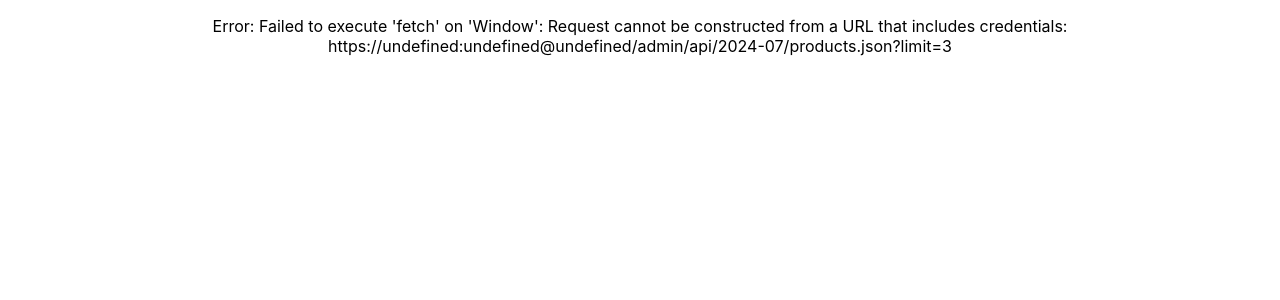
Repository: mitesh-avid-brio/Shopify-React-App
Page: /
The author's editor kept a copy of each file at every save. The page is drawn from the files as they stood at one save, then again after the next save.
The browser window is 1280 px wide. The pictures show the whole page.
The project was rebuilt for these pictures with package versions that can differ from the ones it lists, and the page was loaded fresh each time.

Above is the page before, as saved 2024-08-12 10:48:50.

After the next save:
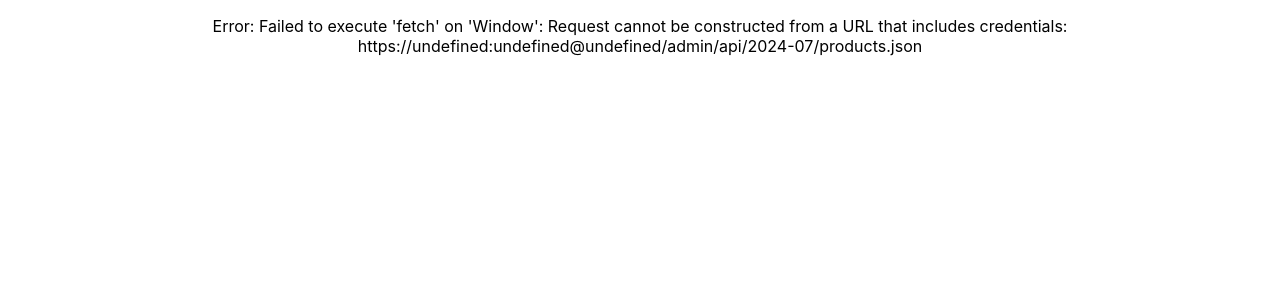
Saved 3 min 37 s later.
--- a/src/Components/Inventory.js
+++ b/src/Components/Inventory.js
@@ -7,7 +7,7 @@
     const [error, setError] = useState(null);
 
     useEffect(() => {
-        fetch(`https://${process.env.API_KEY}:${process.env.Access_Token}@${process.env.URL}/admin/api/2024-07/products.json?limit=3`,{
+        fetch(`https://${process.env.API_KEY}:${process.env.Access_Token}@${process.env.URL}/admin/api/2024-07/products.json`,{
             method: "GET",
             headers:{
                 "X-Shopify-Access-Token": "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",
